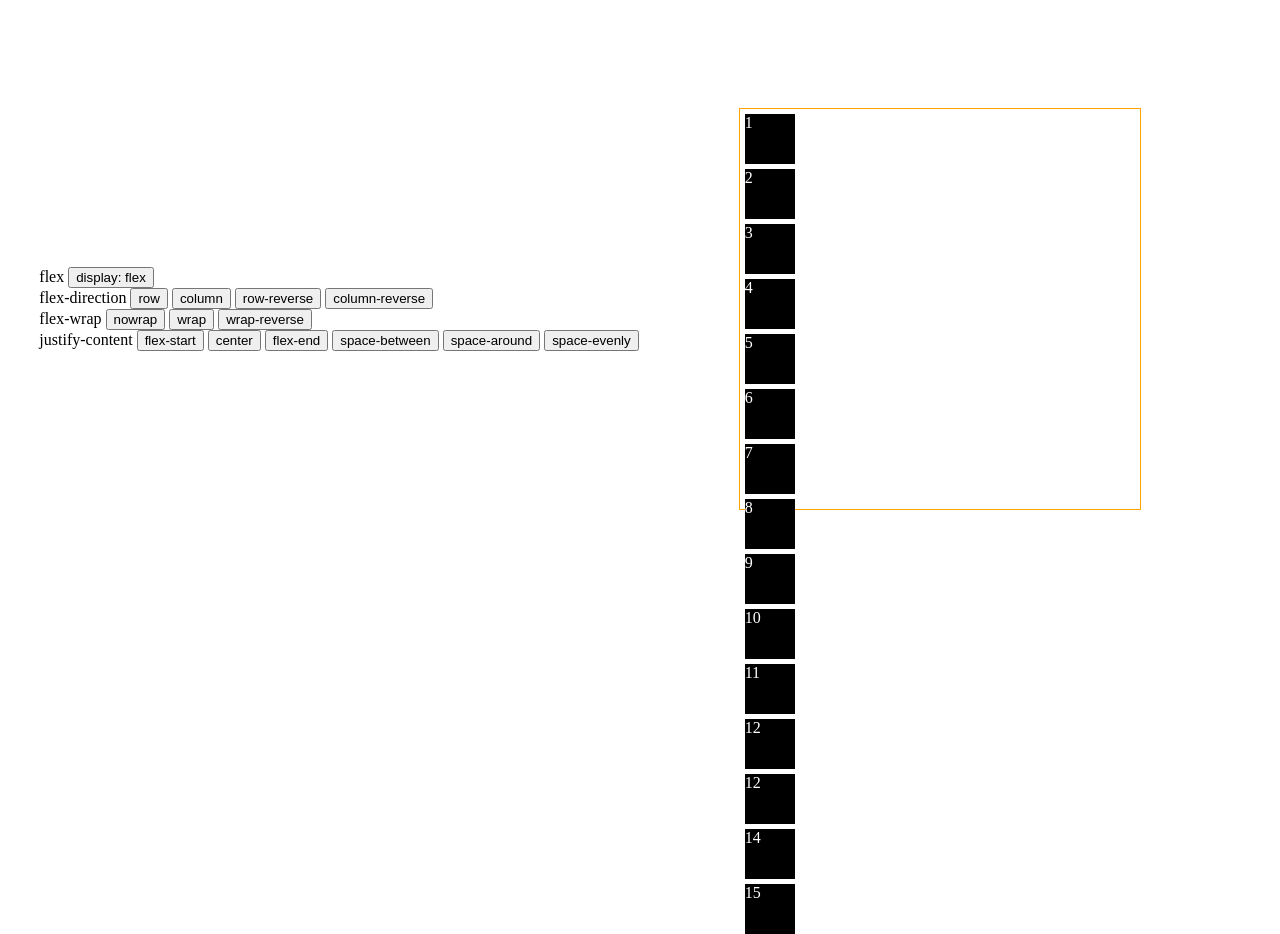
Repository: eeoooo/MINI-PROJECTS-HTML-CSS
Page: 220730-PracticeCSSFlex/index.html
An editor plug-in stored every save of this project. The page is shown before and after the next save, followed by the edit.
The browser window is 1280 px wide. The pictures show the whole page.

Above is the page before, as saved 2022-07-30 19:56:02.

After the next save:
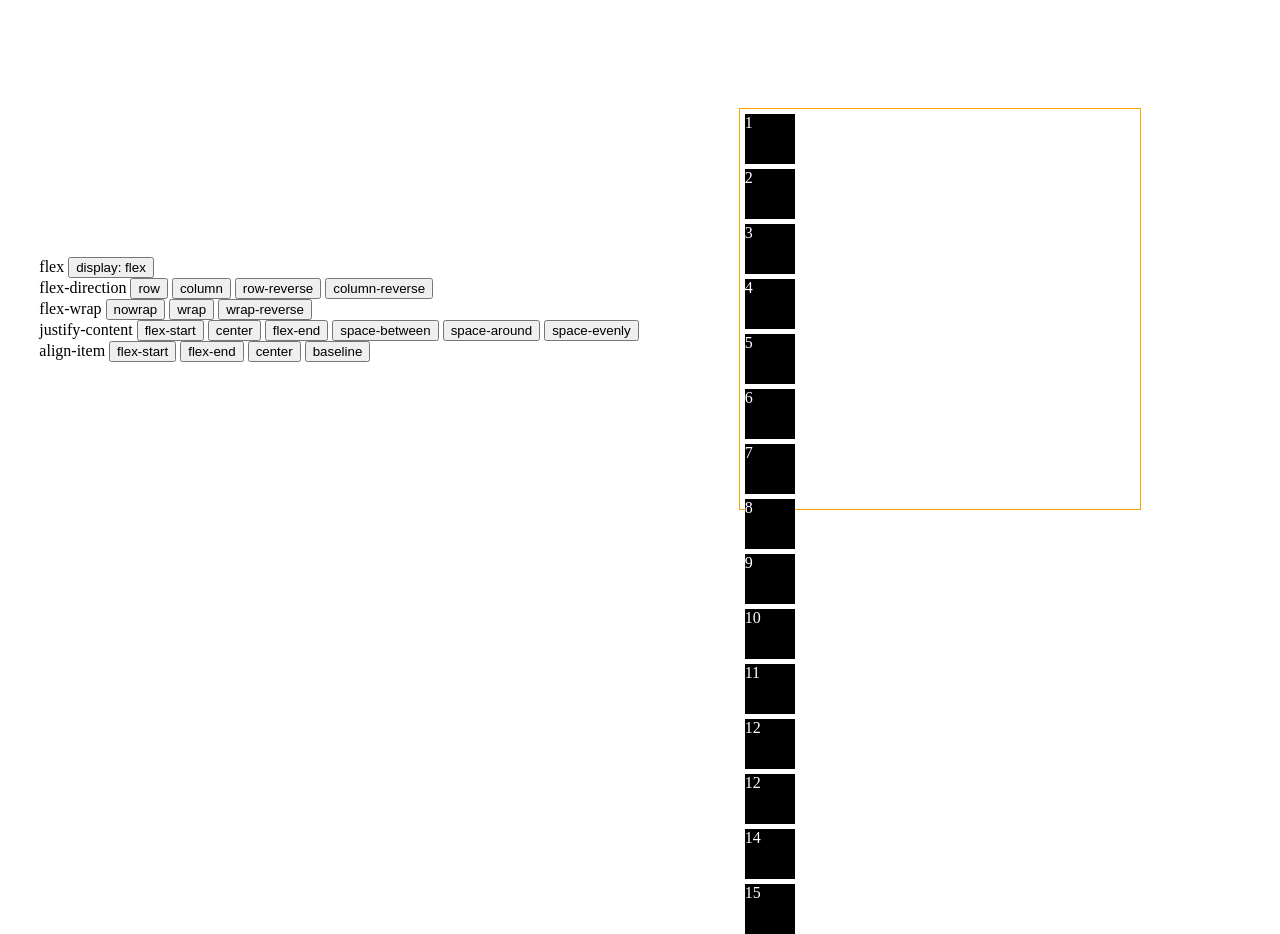
Saved 7 min 9 s later.
--- a/220730-PracticeCSSFlex/index.html
+++ b/220730-PracticeCSSFlex/index.html
@@ -34,6 +34,13 @@
             <button class="justify-content-space-around">space-around</button>
             <button class="justify-content-space-evenly">space-evenly</button>
         </div>
+        <div class="align-items">
+            <span class="align-item">align-item</span>
+            <button class="align-item-flex-start">flex-start</button>
+            <button class="align-item-flex-end">flex-end</button>
+            <button class="align-item-center">center</button>
+            <button class="align-item-baseline">baseline</button>
+        </div>
     </div>
     <div class="container">
         <div class="box">1</div>
